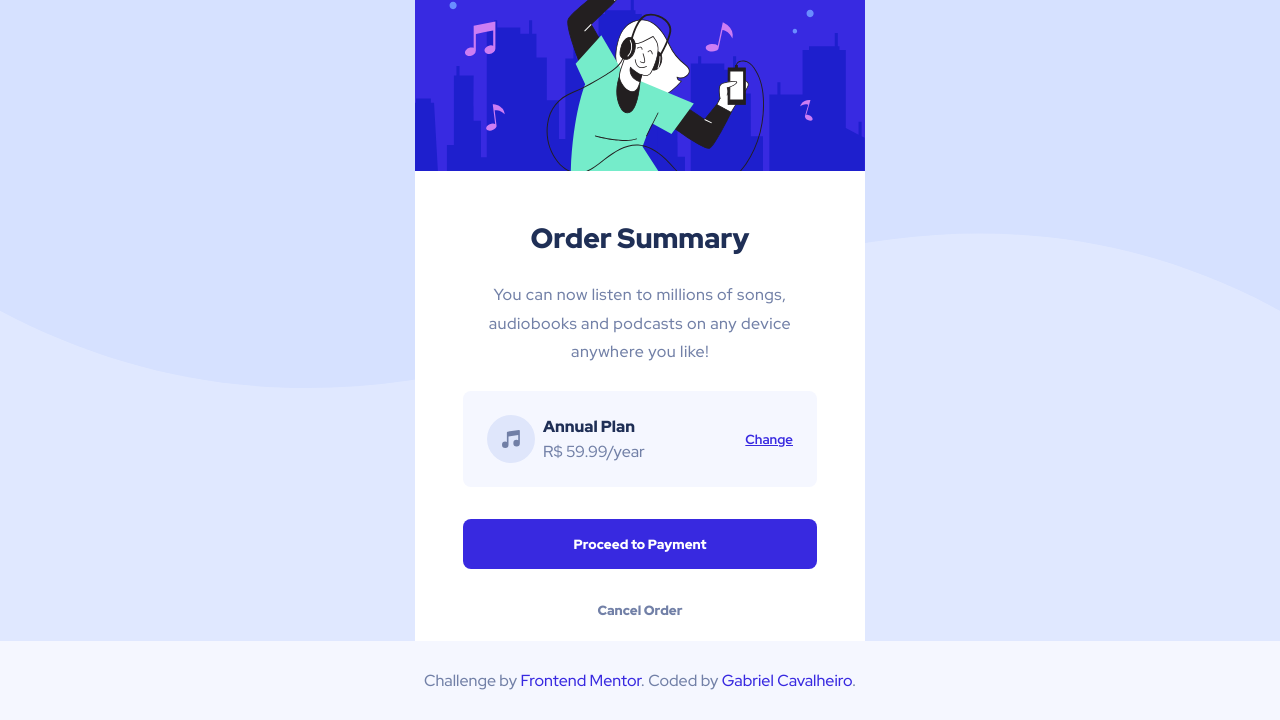
Repository: gccavalheiro/order-summary-card
Page: index.html
These files come from the project's save history. The page is drawn as it stood at one moment and after the next save; the edit follows.
The browser window is 1280 px wide. The pictures show the whole page.

Above is the page before, as saved 2021-12-17 02:54:09.

### index.html
<!DOCTYPE html>
<html lang="en">

<head>
  <meta charset="UTF-8" />
  <meta http-equiv="X-UA-Compatible" content="IE=edge" />
  <meta name="viewport" content="width=device-width, initial-scale=1.0" />
  <link rel="preconnect" href="https://fonts.googleapis.com">
  <link rel="preconnect" href="https://fonts.gstatic.com" crossorigin>
  <link href="https://fonts.googleapis.com/css2?family=Red+Hat+Display:wght@500;700;900&display=swap" rel="stylesheet">
  <link rel="icon" type="image/png" sizes="32x32" href="./images/favicon-32x32.png" />
  <title>Frontend Mentor | Order summary card</title>
  <link rel="stylesheet" href="./assets/css/main.css" />
</head>

<body>
  <main>
    <div class="card">
      <div class="card-header">
        <img src="./assets/images/illustration-hero.svg" alt="Illustration Woman">
      </div>
      <div class="card-body">
        <div class="card-info">
          <h1>Order Summary</h1>
          <p>You can now listen to millions of songs,
            audiobooks and podcasts on any device
            anywhere you like! </p>
        </div>
        <div class="card-plan">
          <div class="card-plan-detail">
            <div class="card-plan-icon-detail">
              <img src="./assets/images/icon-music.svg" alt="Icon Music" />
            </div>
            <div class="card-plan-info-detail">
              <h2>Annual Plan</h2>
              <p>R$ 59.99/year</p>
            </div>
          </div>
          <button class="card-plan-button">Change</button>
        </div>
        <button class="card-button-payment">Proceed to Payment</button>
        <button class="card-button-cancel">Cancel Order</button>
      </div>
    </div>
  </main>

  <footer>
    <p>
      Challenge by <a href="https://www.frontendmentor.io?ref=challenge" target="_blank">Frontend Mentor</a>.
      Coded by <a href="https://github.com/gccavalheiro">Gabriel Cavalheiro</a>.
    </p>
  </footer>
</body>

</html>

### assets/css/main.css
:root {
  --primary-pale-blue: hsl(225, 100%, 94%);
  --secondary-bright-blue: hsl(245, 75%, 52%);
  --very-pale-blue:hsl(225, 100%, 98%);
  --desaturated-blue: hsl(224, 23%, 55%);
  --dark-blue: hsl(223, 47%, 23%);
  --variant-blue: hsl(245, 83%, 68%);
  --white: hsl(0, 0%, 100%);
}

* {
  margin: 0;
  padding: 0;
  outline: 0;
  box-sizing: border-box;
  text-rendering: optimizeLegibility;
  -webkit-font-smoothing: antialiased;
  -moz-osx-font-smoothing: grayscale;
}

body {
  font-family: 'Red Hat Display', sans-serif;
  font-size: 1rem;
  background-color: var(--primary-pale-blue);
  background-image: url('../images/pattern-background-mobile.svg');
  background-repeat: no-repeat;
  background-position: top center;
  background-size: contain;
}

img {
  width: 100%;
}

a {
  color: var(--secondary-bright-blue);
  text-decoration: none;
}

a:hover {
  color: var(--variant-blue);
}

button {
  font-family: 'Red Hat Display', sans-serif;
  border: 0;
  cursor: pointer;
  background-color: transparent;
}

main {
  display: flex;
  align-items: center;
  justify-content: center;
  width: 100%;
  height: calc(100vh - 102px);
  padding: 0 20px;
}

.card {
  display: flex;
  flex-direction: column;
  width: 100%;
  max-width: 450px;
  border-radius: 20px;
  background-color: var(--white);
}

.card-header {
  width: 100%;
  border-top-left-radius: 20px;
  border-top-right-radius: 20px;
  overflow: hidden;
  line-height: 0;
}

.card-body {
  display: flex;
  flex-direction: column;
  align-items: center;
  padding: 20px;
}

.card-info {
  display: flex;
  flex-direction: column;
  align-items: center;
  text-align: center;
}

.card-info h1{
  font-size: 1.75rem;
  color: var(--dark-blue);
  font-weight: 900;
}

.card-info p{
  font-size: 1rem;
  color: var(--desaturated-blue);
  font-weight: 500;
  letter-spacing: 0.03em;
  line-height: 1.8;
  margin: 24px 0;
}

.card-plan {
  display: flex;
  flex-direction: column;
  align-items: center;
  justify-content: space-between;
  width: 100%;
  background-color: var(--very-pale-blue);
  padding: 20px;
  border-radius: 8px;
}

.card-plan-detail {
  display: flex;
  align-items: center;
}

.card-plan-icon-detail {
  width: 48px;
  height: 48px;
  min-width: 48px;
  min-height: 48px;
  border-radius: 50%;
  margin-right: 8px;
}

.card-plan-icon-detail img {
  object-fit: cover;
}

.card-plan-info-detail {
  display: flex;
  flex-direction: column;
}

.card-plan-info-detail h2, .card-plan-info-detail p {
  font-size: 1rem;
}
.card-plan-info-detail h2 {
  font-weight: 900;
  color: var(--dark-blue);
  margin-bottom: 4px;
}

.card-plan-info-detail p {
  color: var(--desaturated-blue);
  font-size: 700;
}

.card-plan-button {
  font-size: .825rem;
  color: var(--secondary-bright-blue);
  background-color: transparent;
  text-decoration: underline;
  font-weight: 700;
  border: 0;
  transition: .3s;
  margin-top: 20px;
}

.card-plan-button:hover {
  color: var(--variant-blue);
}

.card-button-payment{
  font-weight: 900;
  padding: 16px 0;
  width: 100%;
  color: var(--white);
  background-color: var(--secondary-bright-blue);
  border-radius: 8px;
  margin: 32px 0;
}

.card-button-payment:hover {
  background-color: var(--variant-blue);
}

.card-button-cancel{
  font-weight: 900;
  color: var(--desaturated-blue);
}

.card-button-cancel:hover {
  color: var(--dark-blue);
}

footer {
  display: flex;
  align-items: center;
  justify-content: center;
  position: fixed;
  left: 0;
  bottom: 0;
  width: 100%;
  background-color: var(--very-pale-blue);
  padding: 28px 0;
  color: var(--desaturated-blue);
  text-align: center;
  line-height: 23px;
}

footer p {
  padding: 0 20px;
}

@media screen and (min-width: 374.9px) {
 .card-plan {
    flex-direction: row;
  }

  .card-plan-button {
    margin-top: 0;
  }

  footer p {
    padding: 0;
  }
}

@media screen and (min-width: 767.9px) {
  body {
    background-image: url('../images/pattern-background-desktop.svg');
  }

  main {
    padding: 0;
  }

  .card-body {
    padding: 48px;
  }

  .card-plan {
    padding: 24px;
  }
}

After the next save:
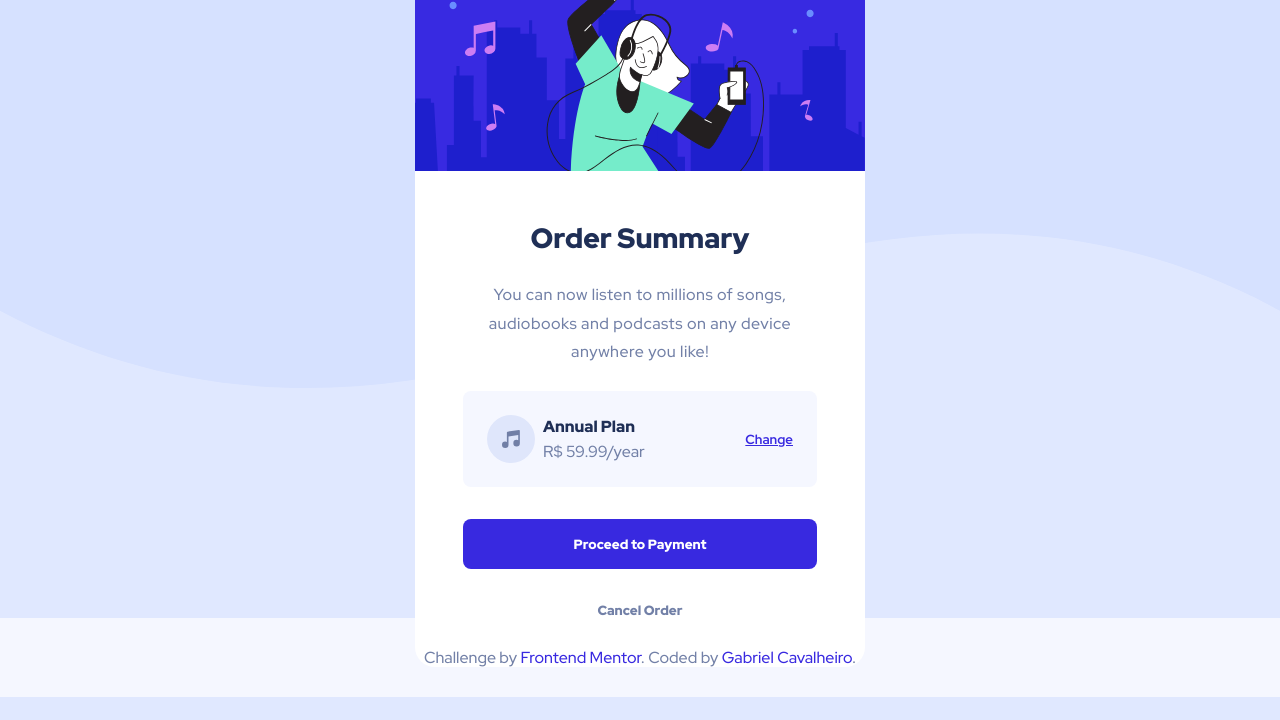
Saved 2 min 55 s later.
--- a/assets/css/main.css
+++ b/assets/css/main.css
@@ -193,9 +193,6 @@ footer {
   display: flex;
   align-items: center;
   justify-content: center;
-  position: fixed;
-  left: 0;
-  bottom: 0;
   width: 100%;
   background-color: var(--very-pale-blue);
   padding: 28px 0;
